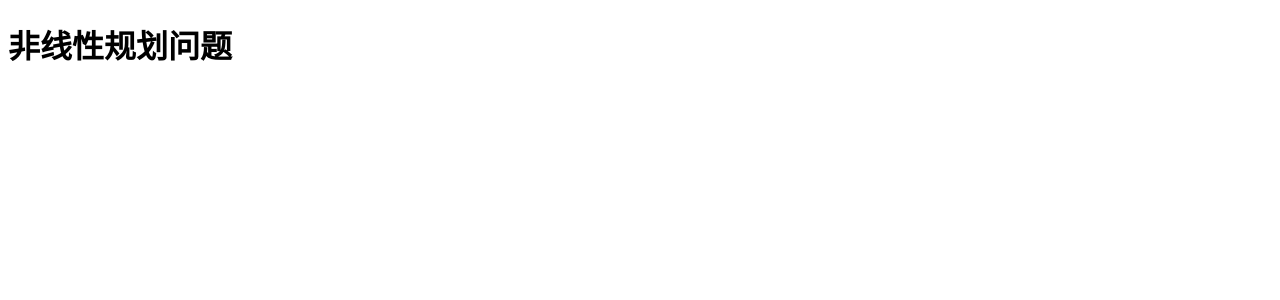
Repository: NPUYUN/Note
Page: Web/HTML/练习2.html
An editor plug-in stored every save of this project. The page is shown before and after the next save, followed by the edit.
The browser window is 1280 px wide. The pictures show the whole page.

Above is the page before, as saved 2025-11-24 21:21:45.

After the next save:
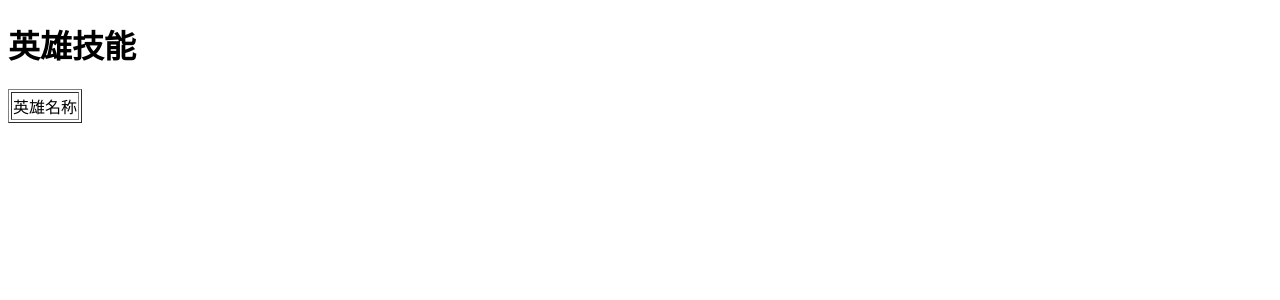
Saved 4 min 9 s later.
--- a/Web/HTML/练习2.html
+++ b/Web/HTML/练习2.html
@@ -5,6 +5,13 @@
         <title>练习2</title>
     </head>
     <body>
-        <h1>非线性规划问题</h1>
+        <h1>英雄技能</h1>
+        <table border="1">
+            <tr>
+                <td colspan="2">
+                    英雄名称
+                </td>
+            </tr>
+        </table>
     </body>
 </html>
